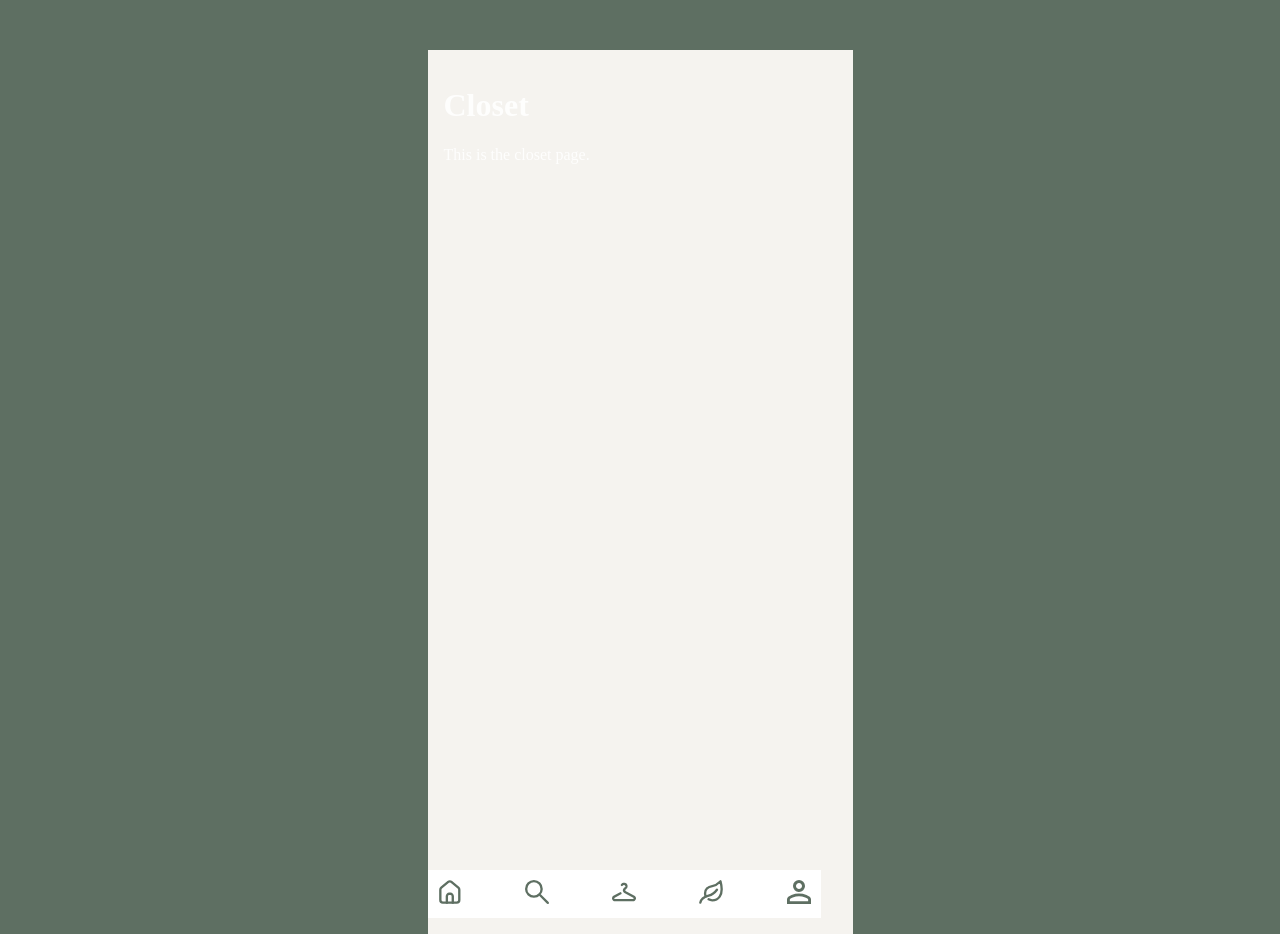
Repository: Strawb3rryjam/app-slotion
Page: /Closet
An editor plug-in stored every save of this project. The page is shown before and after the next save, followed by the edit.
The browser window is 1280 px wide. The pictures show the whole page.
The project was rebuilt for these pictures with package versions that can differ from the ones it lists, and the page was loaded fresh each time. Also part of the build but not shown: vite.config.js, src/App.css. Imported but missing from the stored project, and not drawn on this page: src/pages/Home.

Above is the page before, as saved 2025-05-07 12:45:27.

After the next save:
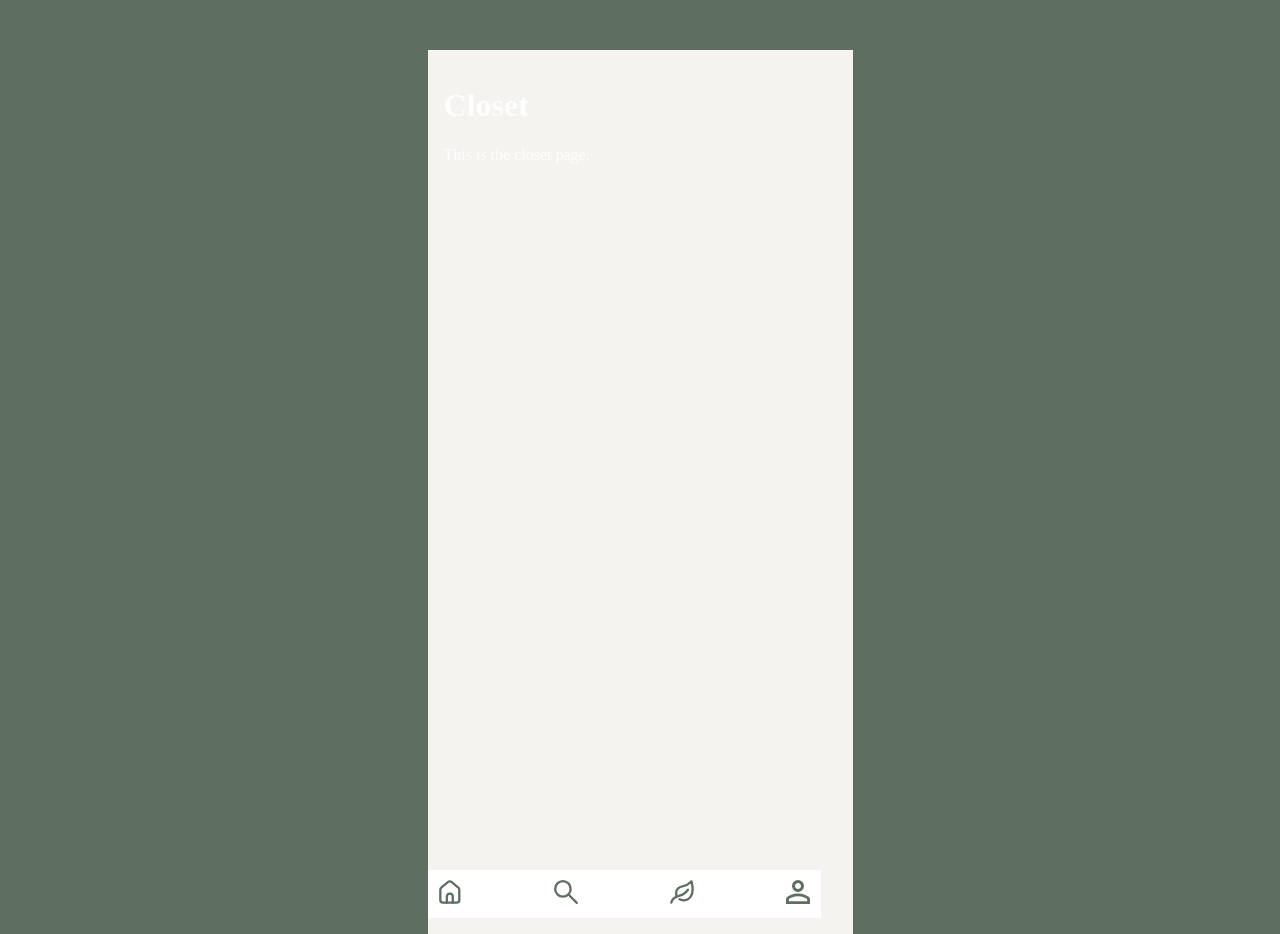
Saved 9 min 16 s later.
--- a/src/components/NavBar.jsx
+++ b/src/components/NavBar.jsx
@@ -18,9 +18,7 @@ function NavBar() {
                 <Link to="/Search" className={styles.Search}>
                     <img src={searchIcon} alt="Search" className={styles["nav-icon"]} />
                 </Link>
-                <Link to="/Closet" className={styles.Closet}>
-                    <img src={closetIcon} alt="Closet" className={styles["nav-icon"]} />
-                </Link>
+
                 <Link to="/Tips" className={styles.Tips}>
                     <img src={tipsIcon} alt="Tips" className={styles["nav-icon"]} />
                 </Link>
